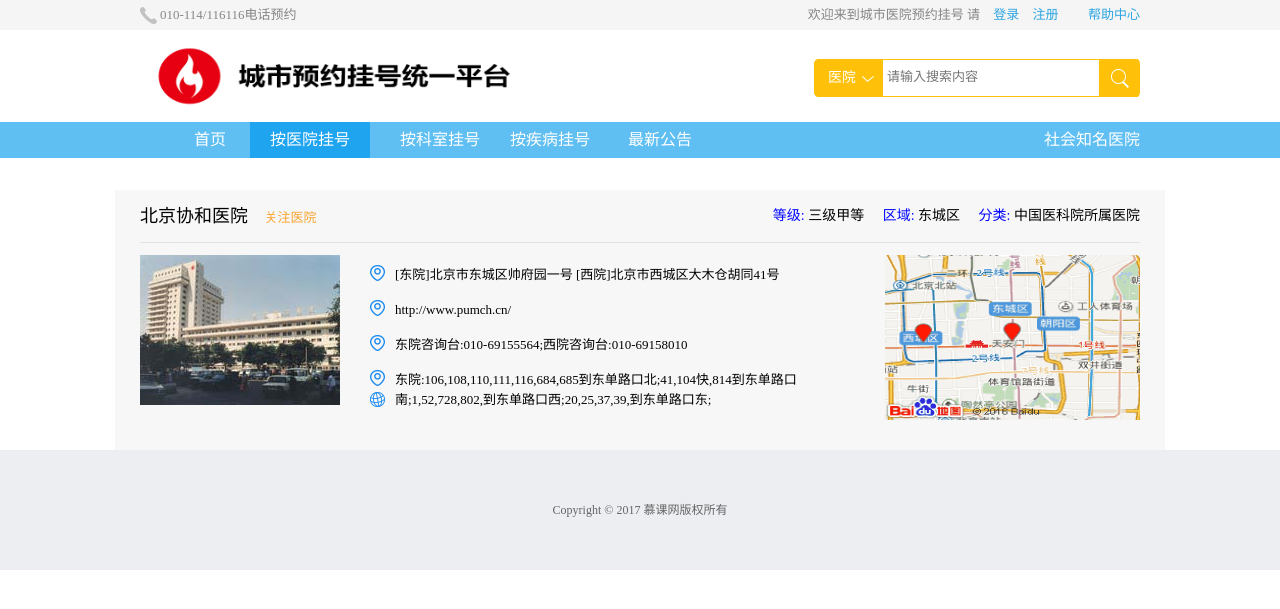
Repository: ScarApocalypse/study
Page: 挂号平台/hospital_detail.html
The author's editor kept a copy of each file at every save. The page is drawn from the files as they stood at one save, then again after the next save.
The browser window is 1280 px wide. The pictures show the whole page.

Above is the page before, as saved 2019-01-22 22:37:43.

After the next save:
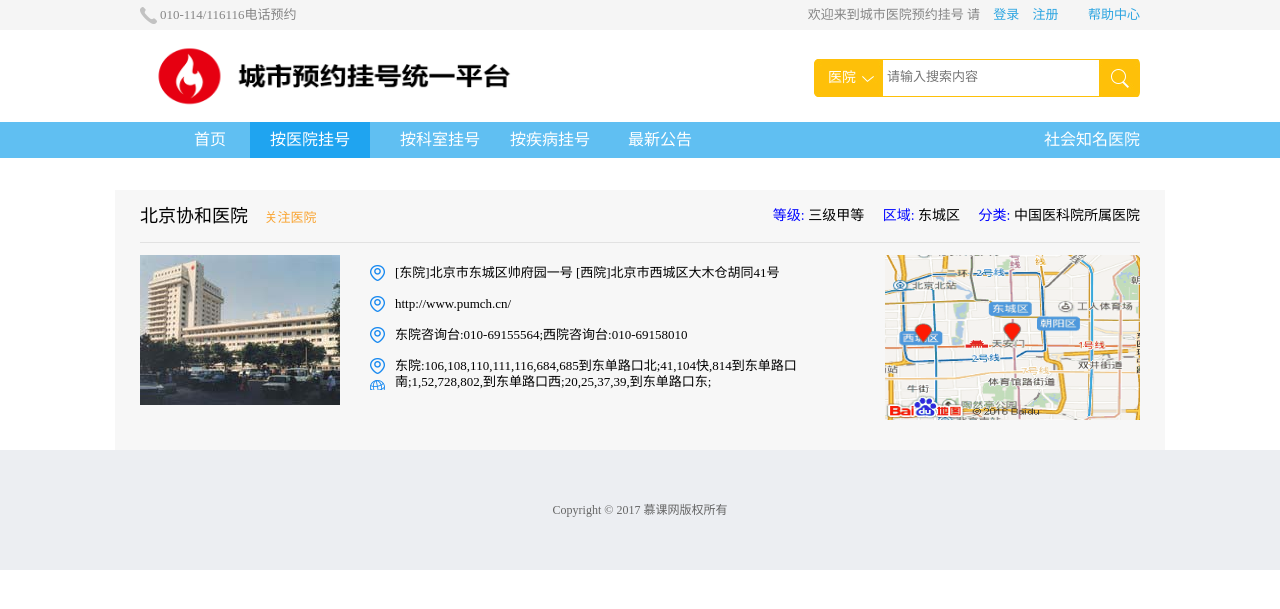
Saved 8 s later.
--- a/挂号平台/css/hospital_detail.css
+++ b/挂号平台/css/hospital_detail.css
@@ -49,7 +49,7 @@
     background: url(../img/icon-web.png) 0 0 no-repeat;
     padding-left:25px;
     font-size:13px;
-    line-height: 20px;
+    line-height: 16px;
     /* height:16px; */
 
     margin-bottom:15px;

After the save that followed:
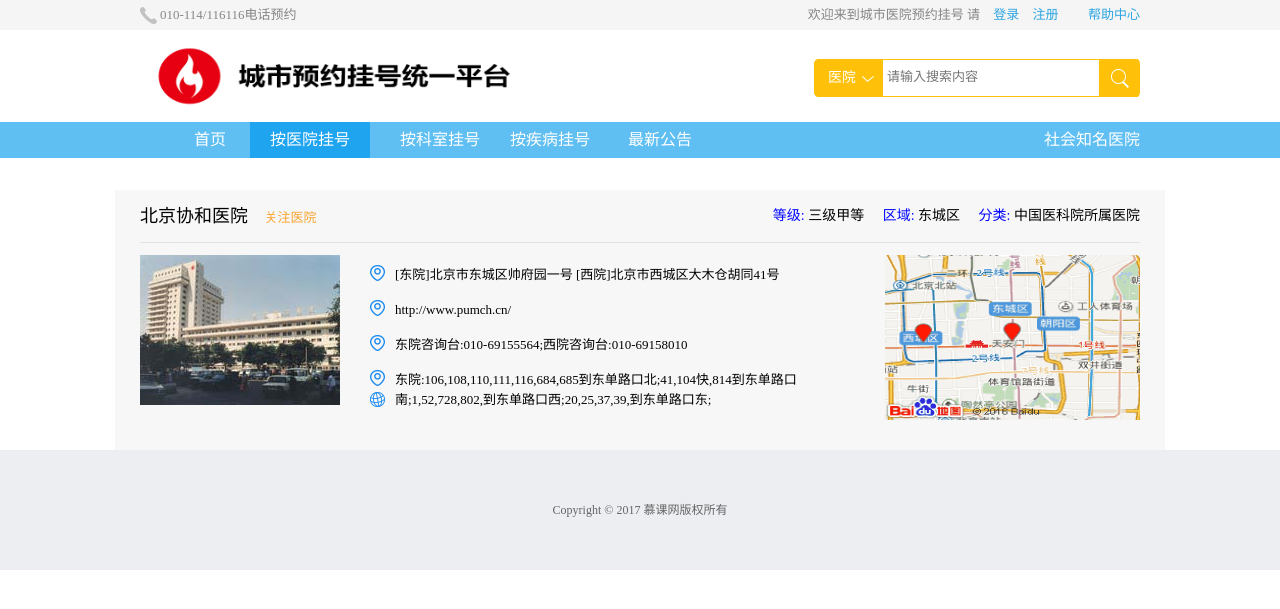
Saved 9 s later.
--- a/挂号平台/css/hospital_detail.css
+++ b/挂号平台/css/hospital_detail.css
@@ -49,7 +49,7 @@
     background: url(../img/icon-web.png) 0 0 no-repeat;
     padding-left:25px;
     font-size:13px;
-    line-height: 16px;
+    line-height: 20px;
     /* height:16px; */
 
     margin-bottom:15px;
